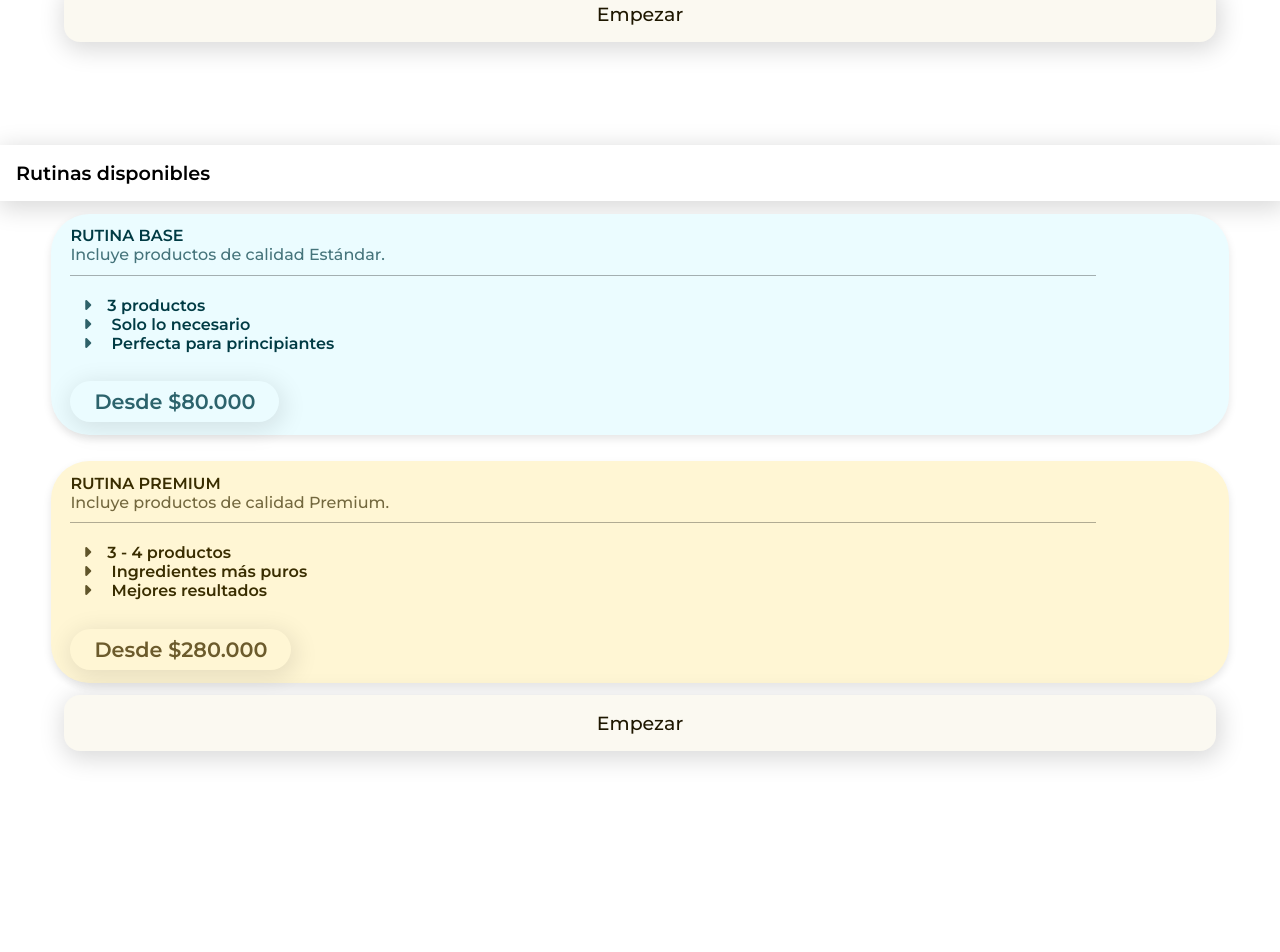
Repository: aCoupon0/DermaBox-2
Page: index.html
An editor plug-in stored every save of this project. The page is shown before and after the next save, followed by the edit.
The browser window is 1280 px wide. The pictures show the part of the page from y = 903 to 1855 px (the page is 2997 px tall).
A picture or video elsewhere on the page could not be fetched, so the positions and the page height are approximate.

Above is the page before, as saved 2025-04-12 13:17:54.

After the next save:
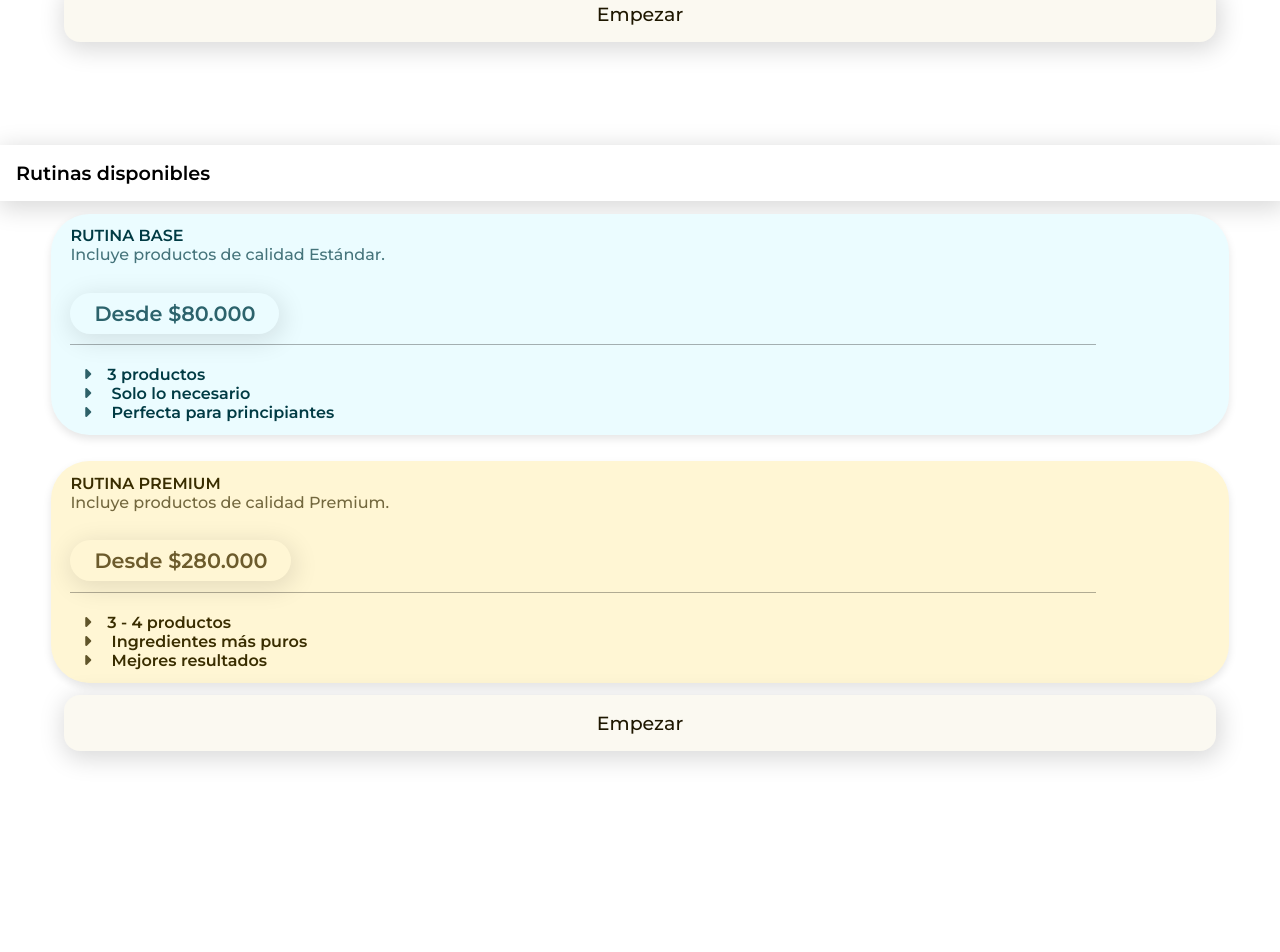
Saved 4 h 49 min later.
--- a/index.html
+++ b/index.html
@@ -48,33 +48,35 @@
     <div class="routineCard base">
         <p class="routineCardTitle">RUTINA BASE</p>
         <p class="routineCardDescription">Incluye productos de calidad Estándar.</p>
+        <div class="priceZoneContainer">
+            <div class="priceZone basePrice">
+                Desde $80.000
+            </div>
+        </div>
         <div class="separador"></div>
         <div class="routineAdvantageContainer">
             <p class="routineAdvantage"><i class="fa-solid fa-caret-right"></i>3 productos</p>
             <p class="routineAdvantage"><i class="fa-solid fa-caret-right"></i> Solo lo necesario</p>
             <p class="routineAdvantage"><i class="fa-solid fa-caret-right"></i> Perfecta para principiantes</p>
         </div>
-        <div class="priceZoneContainer">
-            <div class="priceZone basePrice">
-                Desde $80.000
-            </div>
-        </div>
+
     </div>
 
     <div class="routineCard premium">
         <p class="routineCardTitle">RUTINA PREMIUM</p>
         <p class="routineCardDescription">Incluye productos de calidad Premium.</p>
+        <div class="priceZoneContainer">
+            <div class="priceZone premiumPrice">
+                Desde $280.000
+            </div>
+        </div>
         <div class="separador"></div>
         <div class="routineAdvantageContainer">
             <p class="routineAdvantage"><i class="fa-solid fa-caret-right"></i>3 - 4 productos</p>
             <p class="routineAdvantage"><i class="fa-solid fa-caret-right"></i> Ingredientes más puros</p>
             <p class="routineAdvantage"><i class="fa-solid fa-caret-right"></i> Mejores resultados</p>
         </div>
-        <div class="priceZoneContainer">
-            <div class="priceZone premiumPrice">
-                Desde $280.000
-            </div>
-        </div>
+
     </div>
 
 
